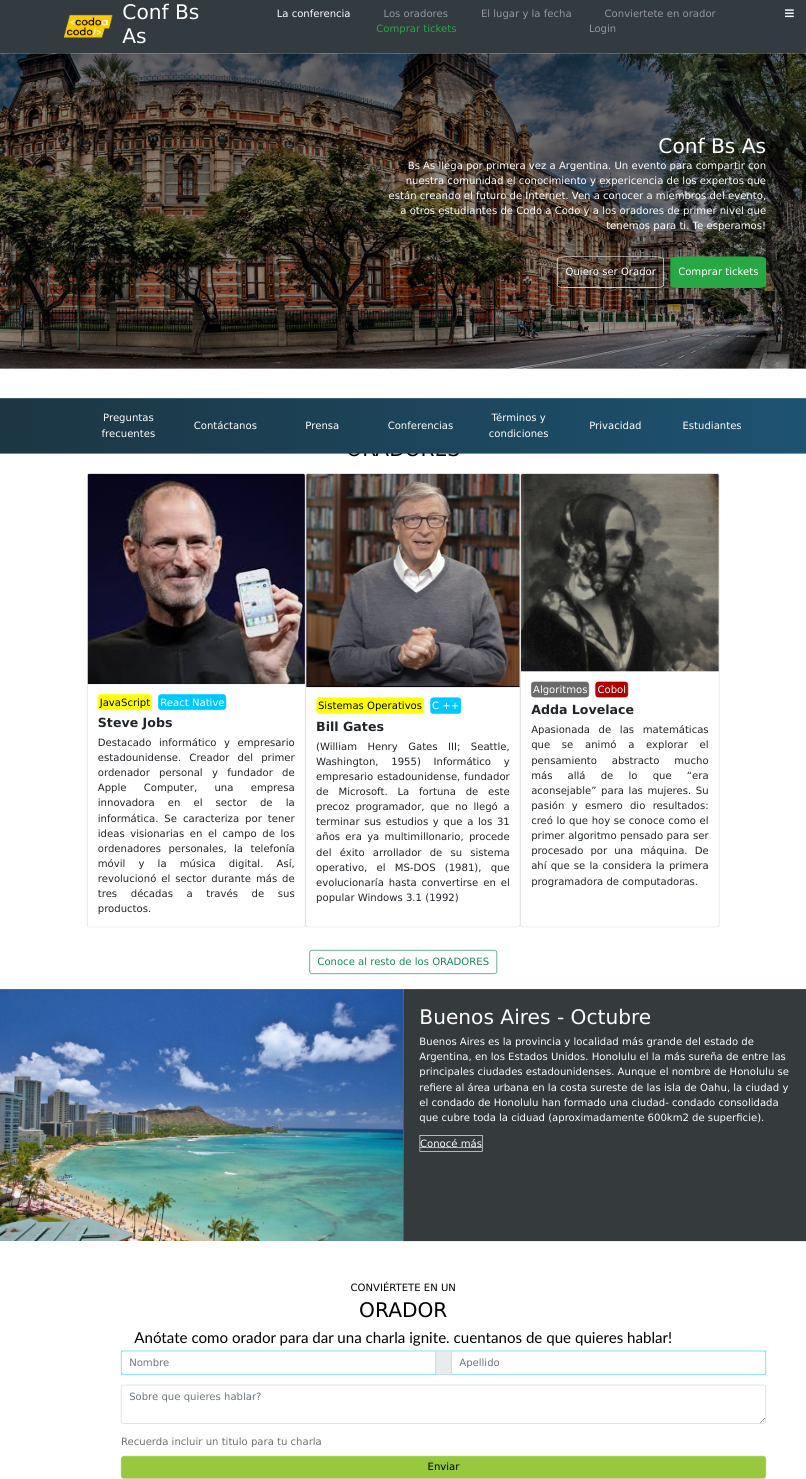
Repository: carolinaeramirez/tpntegrador_cac_23552
Page: http://localhost/integrador_cac/
The author's editor kept a copy of each file at every save. The page is drawn from the files as they stood at one save, then again after the next save.
The browser window is 1280 px wide. The pictures show the whole page, at 63% of full size.
The page is served by Tomcat 9. Other server files are loaded and not shown.

Above is the page before, as saved 2023-12-15 16:39:58.

### integrador_cac/src/main/webapp/index.jsp
<%@ page language="java" contentType="text/html; charset=UTF-8"
    pageEncoding="UTF-8"%>

<!DOCTYPE html>
<html lang="en">
  <head>
    <meta charset="UTF-8" />
    <meta name="viewport" content="width=device-width, initial-scale=1.0" />
    <title>Proyecto integrador |GRUPO 5</title>
    <link
      rel="stylesheet"
      href="https://cdnjs.cloudflare.com/ajax/libs/font-awesome/5.15.3/css/all.min.css"
    />
    <link
      rel="shortcut icon"
      href="./assets/img/favicon.ico"
      type="image/x-icon"
    />
    <link
      href="https://cdn.jsdelivr.net/npm/bootstrap@5.0.2/dist/css/bootstrap.min.css"
      rel="stylesheet"
      integrity="sha384-EVSTQN3/azprG1Anm3QDgpJLIm9Nao0Yz1ztcQTwFspd3yD65VohhpuuCOmLASjC"
      crossorigin="anonymous"
    />
    <link rel="stylesheet" href="./css/estilos.css" />
  </head>
  <body>

    <jsp:include page="header.jsp"/>

    <!-- LA CONFERENCIA -->
    <section id="conferencia" class="section_conferencia">
      <h1>Conf Bs As</h1>
      <p>
        Bs As llega por primera vez a Argentina. Un evento para compartir con
        nuestra comunidad el conocimiento y expericencia de los expertos que
        están creando el futuro de Internet. Ven a conocer a miembros del
        evento, a otros estudiantes de Codo a Codo y a los oradores de primer
        nivel que tenemos para ti. Te esperamos!
      </p>
      <div class="section_conferencia_button">
        <a class="quiero_ser_orador" href="#formularioOrador"
          >Quiero ser Orador</a
        >
        <a class="comprar_tickets" href="tickets.jsp"
          >Comprar tickets</a
        >
      </div>
    </section>
    <!-- LOS ORADORES -->
    <main>
      <section id="oradores" class="oradores">
        <div class="titulo-subtitulo">
          <h2 class="subtitulo">CONOCE A LOS</h2>
          <h1 class="titulo">ORADORES</h1>
        </div>
        <div class="contenedor-tarjetas">
          <div class="card">
            <img
              src="./assets/img/steve.jpg"
              class="card-img-top"
              alt="imagen de Steve Jobs mostrando un celular"
            />
            <div class="card-body">
              <div class="temas">
                <h6 class="colorAmarillo">JavaScript</h6>
                <h6 class="colorCeleste">React Native</h6>
              </div>
              <h5 class="card-title">Steve Jobs</h5>
              <p class="card-text">
                Destacado informático y empresario estadounidense. Creador del
                primer ordenador personal y fundador de Apple Computer, una
                empresa innovadora en el sector de la informática. Se
                caracteriza por tener ideas visionarias en el campo de los
                ordenadores personales, la telefonía móvil y la música digital.
                Así, revolucionó el sector durante más de tres décadas a través
                de sus productos.
              </p>
              <!-- <a href="#" class="btn btn-primary">Go somewhere</a> -->
            </div>
          </div>

          <div class="card">
            <img
              src="./assets/img/bill.jpg"
              class="card-img-top"
              alt="Imagen de Bill Gates tomandose las manos"
            />
            <div class="card-body">
              <div class="temas">
                <h6 class="colorAmarillo">Sistemas Operativos</h6>
                <h6 class="colorCeleste">C ++</h6>
              </div>
              <h5 class="card-title">Bill Gates</h5>
              <p class="card-text">
                (William Henry Gates III; Seattle, Washington, 1955) Informático
                y empresario estadounidense, fundador de Microsoft. La fortuna
                de este precoz programador, que no llegó a terminar sus estudios
                y que a los 31 años era ya multimillonario, procede del éxito
                arrollador de su sistema operativo, el MS-DOS (1981), que
                evolucionaría hasta convertirse en el popular Windows 3.1 (1992)
              </p>
              <!-- <a href="#" class="btn btn-primary">Go somewhere</a> -->
            </div>
          </div>

          <div class="card">
            <img
              src="./assets/img/ada.jpeg"
              class="card-img-top"
              alt="Retrato en blanco y negro de Adda Lovelace"
            />
            <div class="card-body">
              <div class="temas">
                <h6 class="colorGris">Algoritmos</h6>
                <h6 class="colorRojo">Cobol</h6>
              </div>
              <h5 class="card-title">Adda Lovelace</h5>
              <p class="card-text">
                Apasionada de las matemáticas que se animó a explorar el
                pensamiento abstracto mucho más allá de lo que “era aconsejable”
                para las mujeres. Su pasión y esmero dio resultados: creó lo que
                hoy se conoce como el primer algoritmo pensado para ser
                procesado por una máquina. De ahí que se la considera la primera
                programadora de computadoras.
              </p>
              <!-- <a href="#" class="btn btn-primary">Go somewhere</a> -->
            </div>
          </div>
        </div>
          </section>
		    <section class="container mb-4 text-center" id="restoOradores">
		       <a class="btn btn-outline-success" href="<%=request.getContextPath()%>/FindAllOradorController">Conoce al resto de los ORADORES</a>
		    </section>



      <section id="lugarFecha" class="lugar_fecha">
        <div class="lugar_fecha_imagen">
          <img src="./assets/img/honolulu.jpg" alt="Honolulu" loading="lazy"/>
        </div>
        <div class="lugar_fecha_texto">
          <h2>Buenos Aires - Octubre</h2>
          <p>
            Buenos Aires es la provincia y localidad más grande del estado de
            Argentina, en los Estados Unidos. Honolulu el la más sureña de entre
            las principales ciudades estadounidenses. Aunque el nombre de
            Honolulu se refiere al área urbana en la costa sureste de las isla
            de Oahu, la ciudad y el condado de Honolulu han formado una ciudad-
            condado consolidada que cubre toda la ciduad (aproximadamente 600km2
            de superficie).
          </p>
          <a class="lugar_fecha_conoce_mas" href="./pages/404.html"
            >Conocé más</a
          >
        </div>
      </section>

      <div id="formularioOrador">
        <div class="titulo-subtitulo">
          <h2 class="subtitulo">CONVIÉRTETE EN UN</h2>
          <h1 class="titulo">ORADOR</h1>
          <h3 class="info">
            Anótate como orador para dar una charla ignite. cuentanos de que
            quieres hablar!
          </h3>
        </div>
        <div class="formulario-row">
          <div class="input-group mb-3">
            <input type="text" class="form-control" placeholder="Nombre" />
            <span class="input-group-text"> </span>
            <input type="text" class="form-control" placeholder="Apellido" />
          </div>
        </div>
        <div class="input-textarea">
          <div class="input-group mb-3">
            <textarea
              class="form-control"
              placeholder="Sobre que quieres hablar?"
            ></textarea>
          </div>
          <label for="textarea" class="label-textarea"
            >Recuerda incluir un titulo para tu charla</label
          >
          <input type="button" value="Enviar" class="btn-enviar" />
        </div>
      </div>
    </main>

     <jsp:include page="footer.jsp"/>
  </body>
  <script src="./js/menu.js"></script>
  <script
    src="https://cdn.jsdelivr.net/npm/bootstrap@5.0.2/dist/js/bootstrap.bundle.min.js"
    integrity="sha384-MrcW6ZMFYlzcLA8Nl+NtUVF0sA7MsXsP1UyJoMp4YLEuNSfAP+JcXn/tWtIaxVXM"
    crossorigin="anonymous"
  ></script>
</html>

### integrador_cac/src/main/webapp/header.jsp
 <header>
      <div class="encabezado">
        <div class="encabezado__logo">
          <a
            href="https://buenosaires.gob.ar/educacion/codo-codo-40"
            target="_blank"
          >
            <img
              class="encabezado__logo__img"
              src="assets/img/codoacodo.png"
              alt="logo de codo a codo 4.0"
              loading="lazy"
            />
          </a>
        </div>
        <div class="encabezado__titulo">
          <h2>Conf Bs As</h2>
        </div>
        <nav class="encabezado__nav">
          <ul>
            <li>
              <a class="encabezado_conferencia" href="index.jsp#conferencia"
                >La conferencia</a
              >
            </li>
            <li>
              <a class="encabezado_links" href="index.jsp#oradores">Los oradores</a>
            </li>
            <li>
              <a class="encabezado_links" href="index.jsp#lugarFecha"
                >El lugar y la fecha</a
              >
            </li>
            <li>
              <a class="encabezado_links" href="index.jsp#formularioOrador"
                >Conviertete en orador</a
              >
            </li>
            <li>
              <a class="encabezado_comprar_tickets" href="tickets.jsp"
                >Comprar tickets</a
              >
            </li>
            <li>
              <a class="encabezado_links" href="login.jsp"
                >Login</a
              >
            </li>
          </ul>
        </nav>
        <div class="encabezado__hamburguesa">
          <i class="fas fa-bars" id="hamburguesa"></i>
        </div>
      </div>
    </header>

### integrador_cac/src/main/webapp/footer.jsp
<footer class="footer_contenedor">
      <a class="anclas_footer" href="">Preguntas frecuentes</a>
      <a class="anclas_footer" href="">Contáctanos</a>
      <a class="anclas_footer" href="">Prensa</a>
      <a class="anclas_footer" href="">Conferencias</a>
      <a class="anclas_footer" href="">Términos y condiciones</a>
      <a class="anclas_footer" href="">Privacidad</a>
      <a class="anclas_footer" href="">Estudiantes</a>
    </footer>

Loaded but not shown: integrador_cac/src/main/webapp/js/menu.js (8 lines, source omitted); integrador_cac/src/main/webapp/css/estilos.css (676 lines, source omitted)

After the next save:
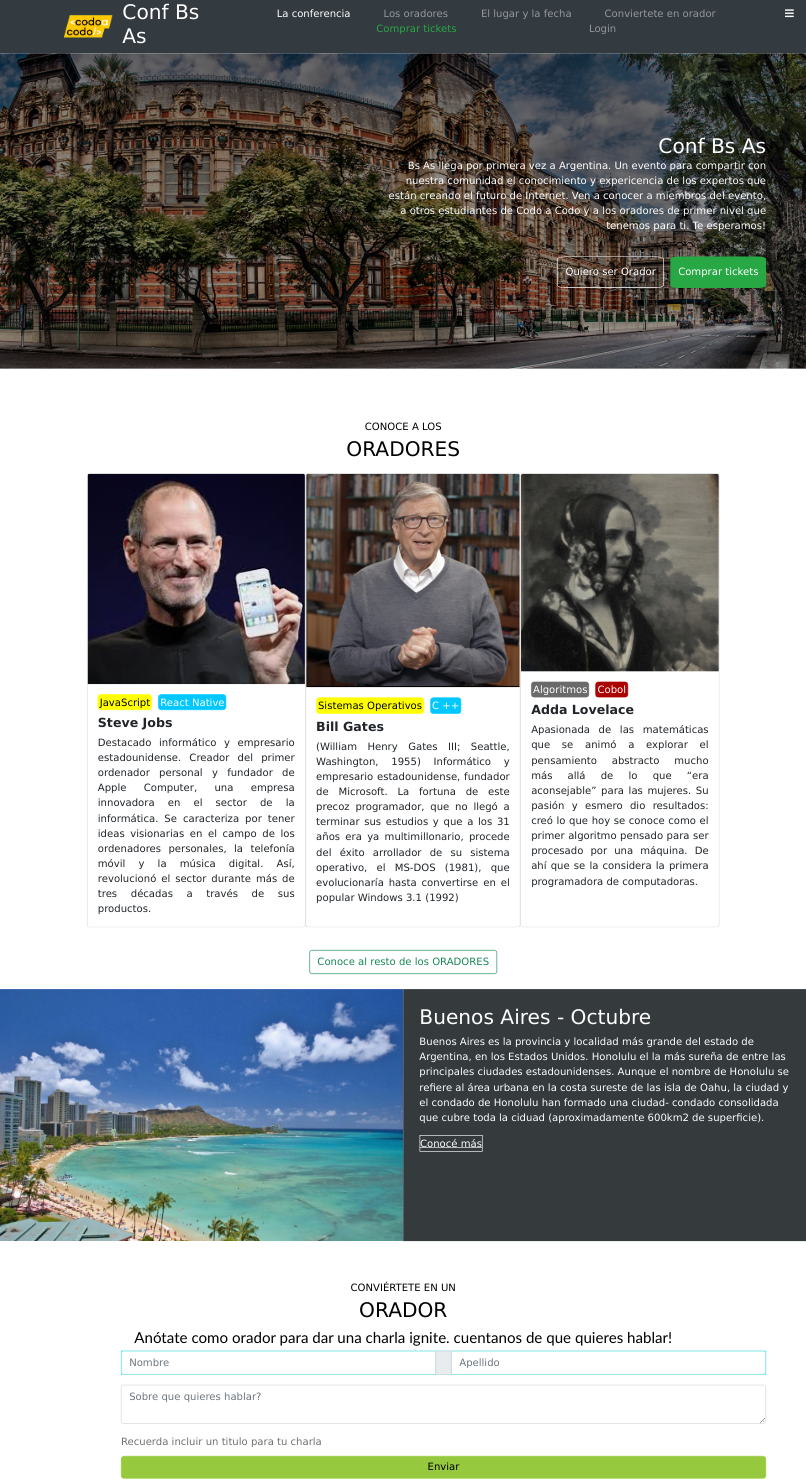
Saved 2 min 45 s later.
--- a/integrador_cac/src/main/webapp/index.jsp
+++ b/integrador_cac/src/main/webapp/index.jsp
@@ -187,7 +187,7 @@
       </div>
     </main>
 
-     <jsp:include page="footer.jsp"/>
+
   </body>
   <script src="./js/menu.js"></script>
   <script

After the save that followed:
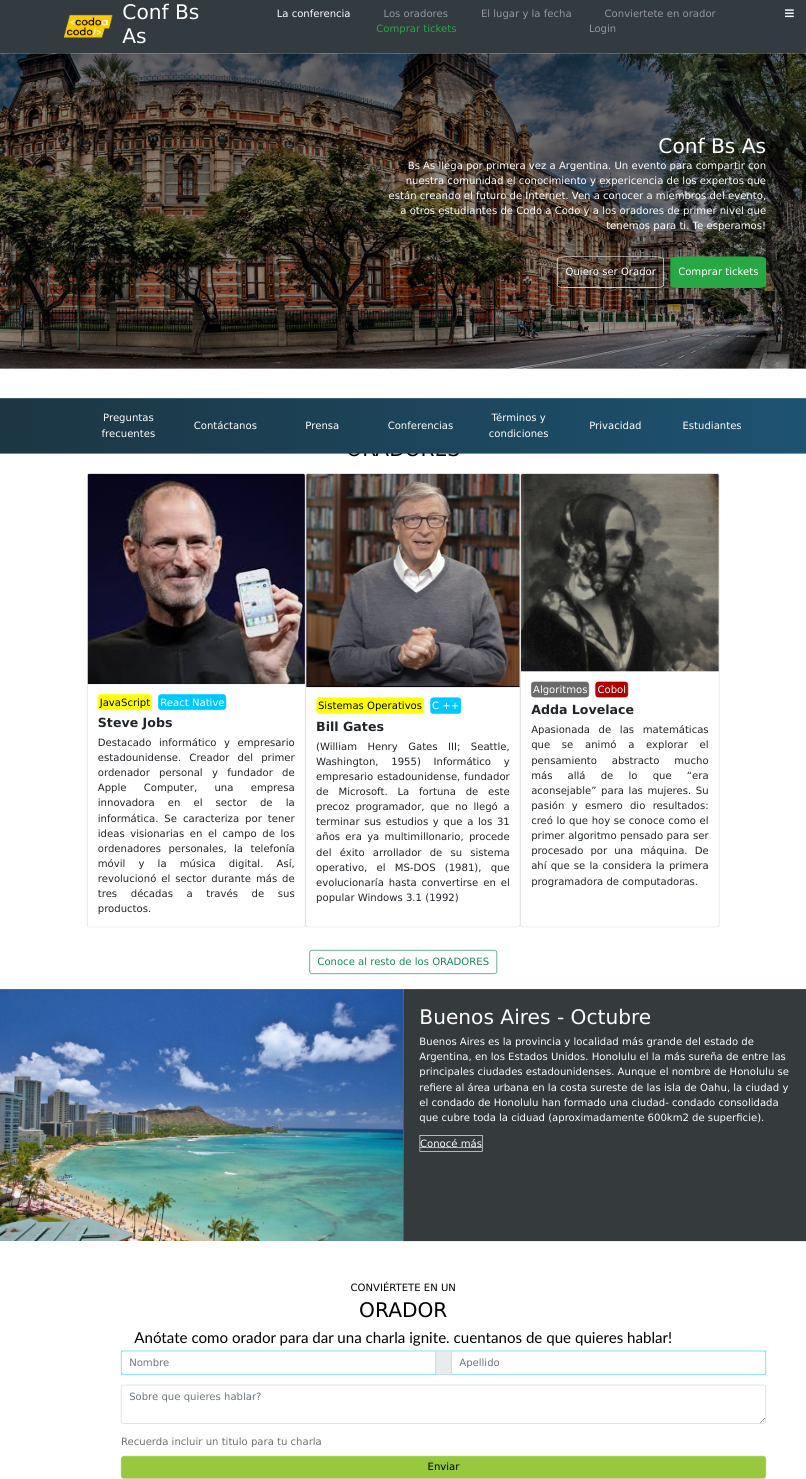
Saved 47 s later.
--- a/integrador_cac/src/main/webapp/index.jsp
+++ b/integrador_cac/src/main/webapp/index.jsp
@@ -187,7 +187,7 @@
       </div>
     </main>
 
-
+     <jsp:include page="footer.jsp"/>
   </body>
   <script src="./js/menu.js"></script>
   <script
